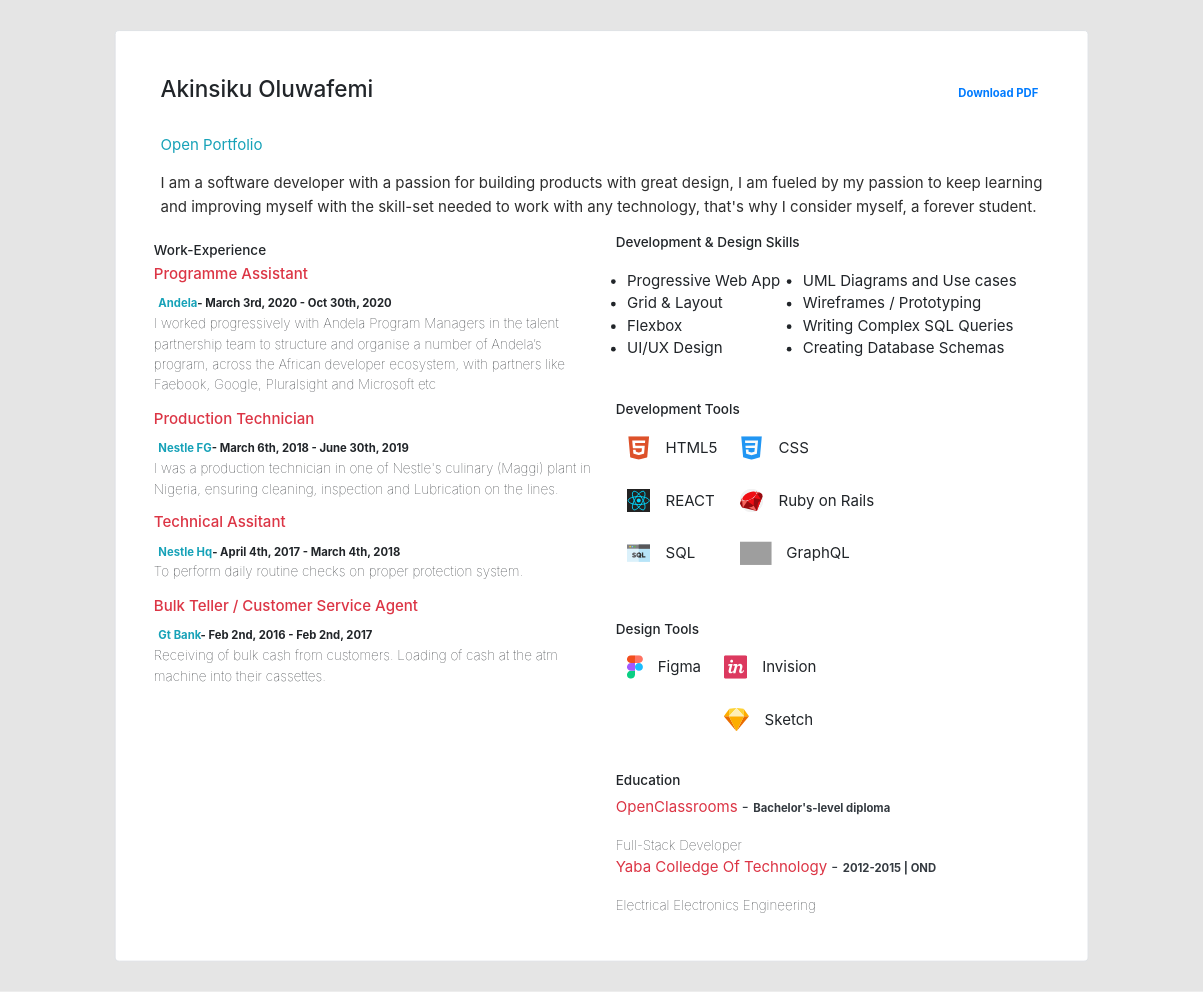
Repository: akinsikuoluwafemi/resume
Page: index.html
These files come from the project's save history. The page is drawn as it stood at one moment and after the next save; the edit follows.
The browser window is 1280 px wide. The pictures show the whole page, at 94% of full size.
Pictures or frames that could not be fetched are drawn as grey boxes. The style sheet was rebuilt from its Sass, Less or Tailwind sources for each picture, by a compiler version that may differ from the author's.

Above is the page before, as saved 2021-01-13 23:39:55.

After the next save:
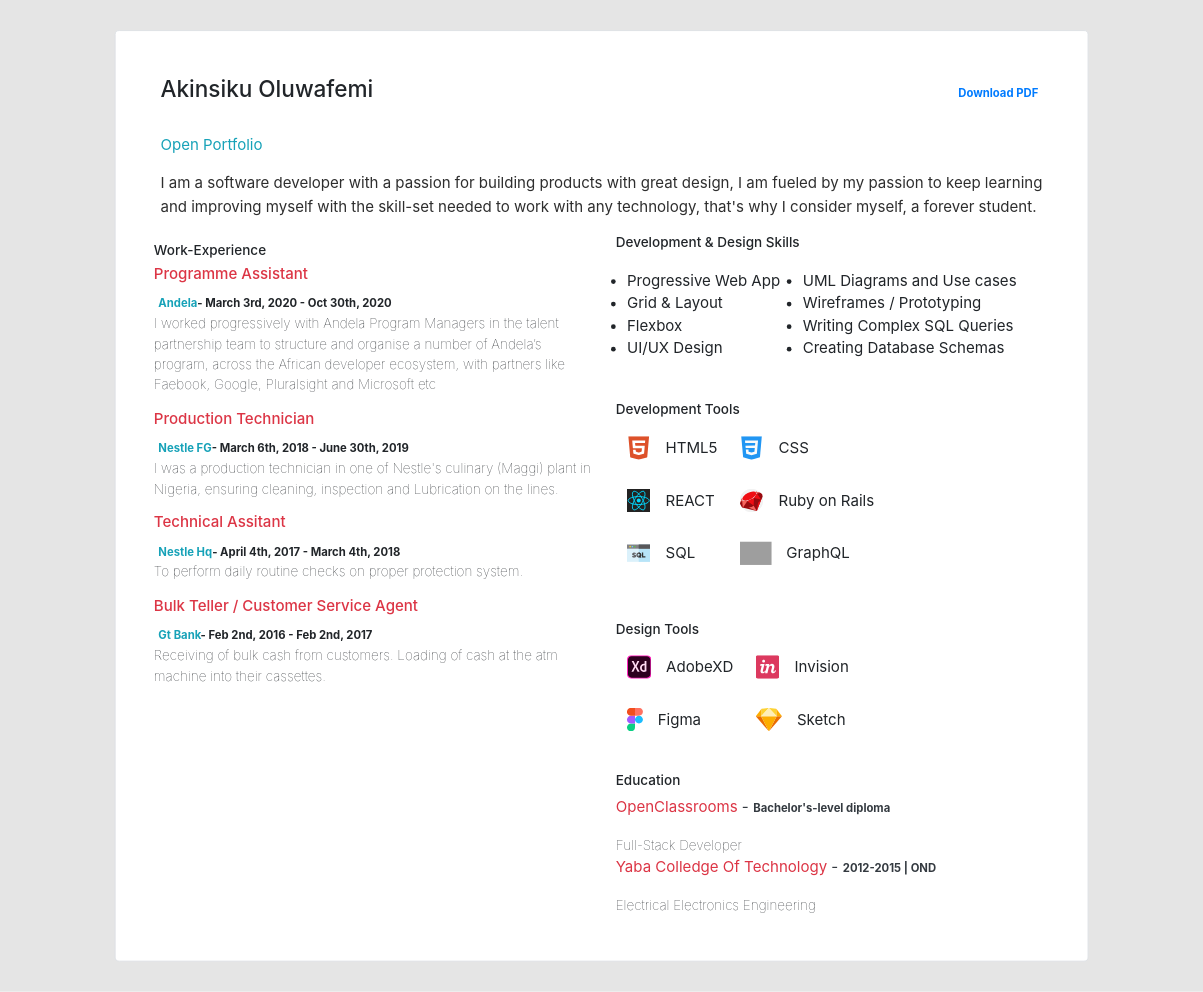
Saved 4 s later.
--- a/index.html
+++ b/index.html
@@ -187,10 +187,10 @@
                                     <img src="./images/invision.svg" />
                                     <p class="ml-3">Invision</p>
                                 </div> -->
-                                <!-- <div class="d-flex  mb-3 ">
+                                <div class="d-flex  mb-3 ">
                                     <img src="./images/adobe-xd-1.svg" />
                                     <p class="ml-3">AdobeXD</p>
-                                </div> -->
+                                </div>
 
                                 <div class="d-flex ">
                                     <img src="./images/figma-1.svg" />
